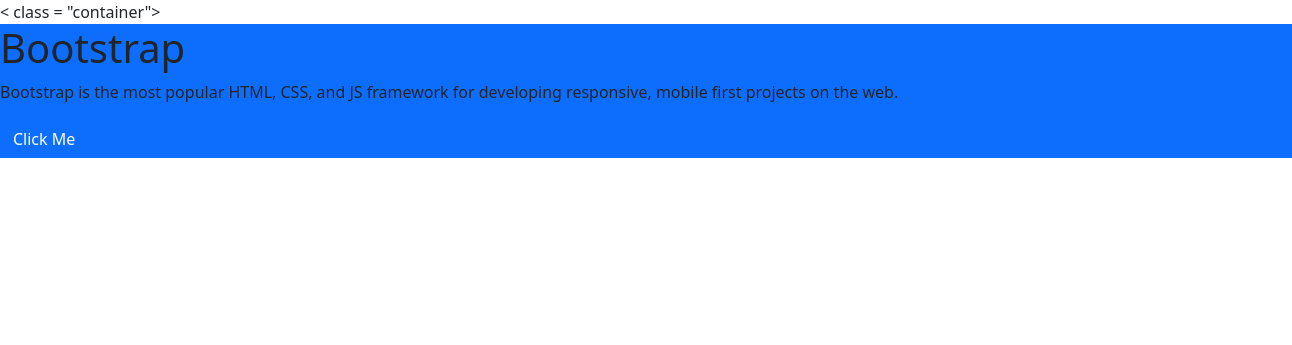
Repository: arunyerram/Web-TEChnologies
Page: b.html
An editor plug-in stored every save of this project. The page is shown before and after the next save, followed by the edit.
The browser window is 1280 px wide. The page is 1292 px wide, so the pictures cover 1292 px, including what lies to the right of the window. The pictures show the whole page.

Above is the page before, as saved 2025-02-20 12:01:35.

### b.html
<!DOCTYPE html>
<html lang="en">
<head>
    <meta charset="UTF-8">
    <meta name="viewport" content="width=device-width, initial-scale=1.0">
    <title>Document</title>
    <script ></script>
    <link href="https://cdn.jsdelivr.net/npm/bootstrap@5.3.3/dist/css/bootstrap.min.css" rel="stylesheet" integrity="sha384-QWTKZyjpPEjISv5WaRU9OFeRpok6YctnYmDr5pNlyT2bRjXh0JMhjY6hW+ALEwIH" crossorigin="anonymous">
    <script src="https://cdn.jsdelivr.net/npm/bootstrap@5.3.3/dist/js/bootstrap.bundle.min.js" integrity="sha384-YvpcrYf0tY3lHB60NNkmXc5s9fDVZLESaAA55NDzOxhy9GkcIdslK1eN7N6jIeHz" crossorigin="anonymous"></script>
</head>
<body>
    < class = "container">
        <div class = "row">
            <div class = "col-sm-12 bg-primary">
                <h1>Bootstrap</h1>
                <p>Bootstrap is the most popular HTML, CSS, and JS framework for developing responsive, mobile first projects on the web.</p>
                <button class = "btn btn-primary">Click Me</button>
            </div>
        </div>

        <div class="row">

        </div>


</body>
</html>

After the next save:
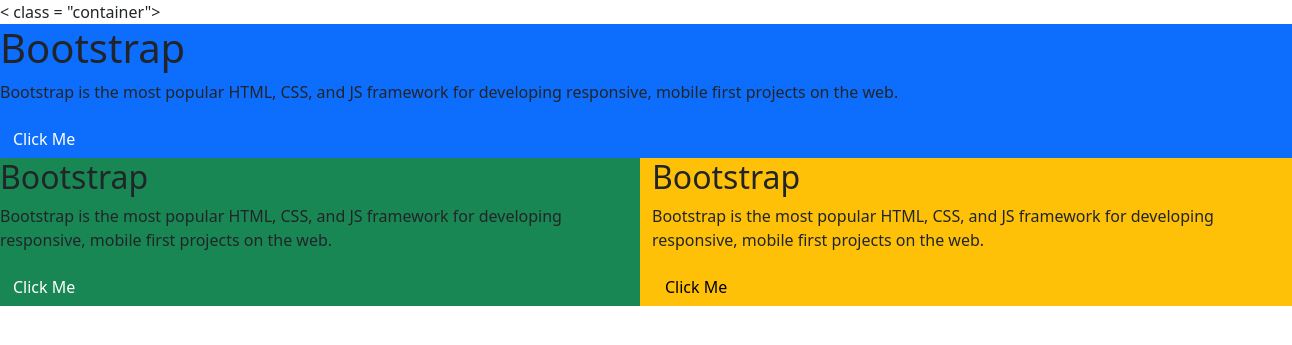
Saved 11 s later.
--- a/b.html
+++ b/b.html
@@ -19,7 +19,16 @@
         </div>
 
         <div class="row">
-
+            <div class="col-sm-6 bg-success">
+                <h2>Bootstrap</h2>
+                <p>Bootstrap is the most popular HTML, CSS, and JS framework for developing responsive, mobile first projects on the web.</p>
+                <button class="btn btn-success">Click Me</button>
+            </div>
+            <div class="col-sm-6 bg-warning">
+                <h2>Bootstrap</h2>
+                <p>Bootstrap is the most popular HTML, CSS, and JS framework for developing responsive, mobile first projects on the web.</p>
+                <button class="btn btn-warning">Click Me</button>
+            </div>
         </div>
 
 
